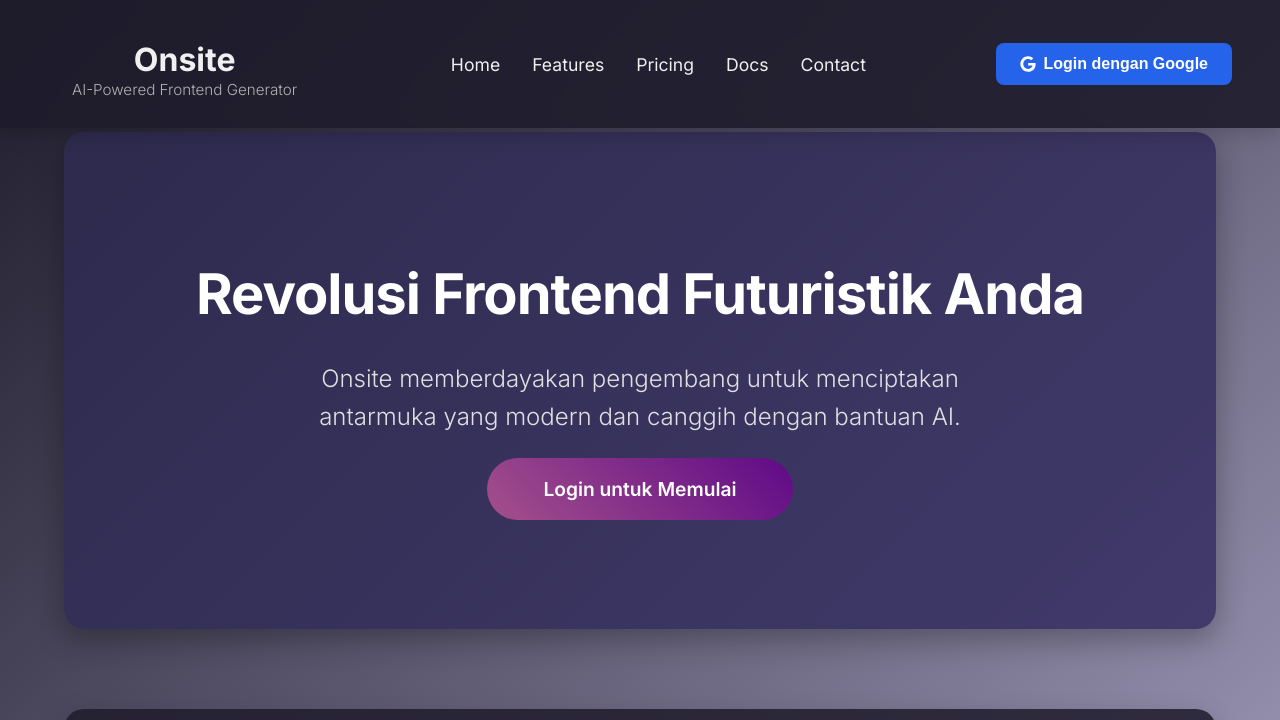
Repository: arifsoul/onsite
Page: / (app in onsite/)
The author's editor kept a copy of each file at every save. The page is drawn from the files as they stood at one save, then again after the next save.
The browser window is 1280 px wide. The pictures show the whole page.
An inner scrolling area shows only its first screen. The project was rebuilt for these pictures with package versions that can differ from the ones it lists, and the page was loaded fresh each time. Also part of the build but not shown: onsite/vite.config.js, onsite/src/components/Editor/CSSPanel.jsx, onsite/src/components/Editor/JSPanel.jsx, onsite/src/components/Editor/ComponentEditor.css, onsite/src/components/Editor/ComponentEditor.jsx, onsite/src/components/Preview/LivePreview.css, onsite/src/components/Preview/LivePreview.jsx, onsite/src/pages/Editor.css and 3 more.

Above is the page before, as saved 2025-04-14 17:51:56.

### onsite/src/index.css
/* src/index.css */
@import url('https://fonts.googleapis.com/css2?family=Inter:wght@400;600;700&display=swap');

* {
  margin: 0;
  padding: 0;
  box-sizing: border-box;
}

html, body {
  height: 100%;
  width: 100%;
  overflow-x: hidden; /* Mencegah scroll horizontal */
}

body {
  font-family: 'Inter', sans-serif;
  background-color: #f8f9fa;
}

#root {
  display: flex;
  flex-direction: column;
  min-height: 100vh;
  width: 100%;
}

### onsite/src/App.jsx
import { BrowserRouter as Router, Routes, Route } from 'react-router-dom';
import { Auth0Provider } from '@auth0/auth0-react';
import { CodeProvider } from './context/CodeContext';
import Home from './pages/Home';
import Editor from './pages/Editor';
import Login from './pages/Login';
import './App.css';

function App() {
  return (
    <Auth0Provider
      domain={import.meta.env.VITE_AUTH0_DOMAIN}
      clientId={import.meta.env.VITE_AUTH0_CLIENT_ID}
      redirectUri={window.location.origin}
    >
      <CodeProvider>
        <Router>
          <Routes>
            <Route path="/" element={<Home />} />
            <Route path="/login" element={<Login />} />
            <Route path="/editor" element={<Editor />} />
          </Routes>
        </Router>
      </CodeProvider>
    </Auth0Provider>
  );
}

export default App;

### onsite/src/context/CodeContext.jsx
import { createContext, useState, useContext } from 'react';

const CodeContext = createContext();

export const CodeProvider = ({ children }) => {
  const [generatedCode, setGeneratedCode] = useState({
    html: '',
    css: '',
    js: '',
  });
  const [components, setComponents] = useState([]);

  const updateComponent = (id, updates) => {
    setComponents((prev) =>
      prev.map((comp) =>
        comp.id === id ? { ...comp, ...updates } : comp
      )
    );
  };

  return (
    <CodeContext.Provider
      value={{ generatedCode, setGeneratedCode, components, setComponents, updateComponent }}
    >
      {children}
    </CodeContext.Provider>
  );
};

export const useCode = () => useContext(CodeContext);

### onsite/src/pages/Home.jsx
import React, { useState } from 'react';
import { useAuth0 } from '@auth0/auth0-react';
import AIGenerator from '../components/Generator/AIGenerator';
import GoogleLogin from '../components/Auth/GoogleLogin';
import { Link } from 'react-router-dom';
import './Home.css';

const Home = () => {
  const { isAuthenticated } = useAuth0();
  const [htmlCode, setHtmlCode] = useState('<h1>Hello World</h1>');
  const [cssCode, setCssCode] = useState('h1 { color: #1e40af; }');
  const [jsCode, setJsCode] = useState('console.log("Hello World");');
  const [activeTab, setActiveTab] = useState('html');

  const iframeCode = `
<html>
  <head>
    <style>${cssCode}</style>
  </head>
  <body>
    ${htmlCode}
    <script>${jsCode}</script>
  </body>
</html>
  `.trim();

  return (
    <div className="home-container">
      <header className="home-header">
        <div className="logo">
          <h1>Onsite</h1>
          <span>AI-Powered Frontend Generator</span>
        </div>
        <nav className="nav-menu">
          <ul>
            <li><Link to="/">Home</Link></li>
            <li><Link to="/features">Features</Link></li>
            <li><Link to="/pricing">Pricing</Link></li>
            <li><Link to="/docs">Docs</Link></li>
            <li><Link to="/contact">Contact</Link></li>
          </ul>
        </nav>
        <GoogleLogin />
      </header>
      <main className="home-main">
        <section className="hero-section">
          <h2>Revolusi Frontend Futuristik Anda</h2>
          <p>
            Onsite memberdayakan pengembang untuk menciptakan antarmuka yang modern dan canggih dengan bantuan AI.
          </p>
          <Link to={isAuthenticated ? '/editor' : '/login'} className="hero-cta">
            {isAuthenticated ? 'Mulai Mengedit Sekarang' : 'Login untuk Memulai'}
          </Link>
        </section>
        <section className="description-section">
          <h2>Kenapa Memilih Onsite?</h2>
          <p>
            Dengan menggabungkan kecerdasan buatan dengan teknologi frontend terkini, Onsite menghadirkan solusi responsif dan profesional untuk kebutuhan bisnis Anda.
          </p>
          <ul>
            <li>Generasi kode cepat dan akurat.</li>
            <li>Edit komponen secara visual dengan antarmuka futuristik.</li>
            <li>Integrasi yang mulus dengan proyek Anda.</li>
          </ul>
        </section>
        <section className="code-playground">
          <div className="generator-section">
            <h3>AI Generator</h3>
            <AIGenerator
              onGenerate={(html, css, js) => {
                setHtmlCode(html);
                setCssCode(css);
                setJsCode(js);
              }}
            />
          </div>
          <div className="preview-section">
            <h3>Preview</h3>
            <iframe
              srcDoc={iframeCode}
              className="preview-iframe"
              sandbox="allow-scripts"
              title="Live Preview"
            />
          </div>
          <div className="editor-section">
            <h3>Code Editor</h3>
            <div className="tabs">
              <button
                className={activeTab === 'html' ? 'active' : ''}
                onClick={() => setActiveTab('html')}
              >
                HTML
              </button>
              <button
                className={activeTab === 'css' ? 'active' : ''}
                onClick={() => setActiveTab('css')}
              >
                CSS
              </button>
              <button
                className={activeTab === 'js' ? 'active' : ''}
                onClick={() => setActiveTab('js')}
              >
                JS
              </button>
            </div>
            <div className="code-editor">
              {activeTab === 'html' && (
                <textarea
                  value={htmlCode}
                  onChange={(e) => setHtmlCode(e.target.value)}
                  placeholder="Masukkan kode HTML..."
                />
              )}
              {activeTab === 'css' && (
                <textarea
                  value={cssCode}
                  onChange={(e) => setCssCode(e.target.value)}
                  placeholder="Masukkan kode CSS..."
                />
              )}
              {activeTab === 'js' && (
                <textarea
                  value={jsCode}
                  onChange={(e) => setJsCode(e.target.value)}
                  placeholder="Masukkan kode JavaScript..."
                />
              )}
            </div>
          </div>
        </section>
      </main>
      <footer className="home-footer">
        <p>© 2025 Onsite. All rights reserved.</p>
      </footer>
    </div>
  );
};

export default Home;

### onsite/src/components/Generator/AIGenerator.jsx
import { useState } from 'react';
import { useCode } from '../../context/CodeContext';
import { generateCode } from '../../services/deepseekApi';
import './AIGenerator.css';

const AIGenerator = () => {
  const [prompt, setPrompt] = useState('');
  const [error, setError] = useState(null);
  const { setGeneratedCode, setComponents } = useCode();

  const handleGenerate = async () => {
    try {
      setError(null);
      const response = await generateCode(prompt);
      const { html, css, js, components } = response.data;
      setGeneratedCode({ html, css, js });
      setComponents(components || []);
    } catch (error) {
      setError('Gagal menghasilkan kode.');
    }
  };

  return (
    <div className="generator-container">
      <textarea
        value={prompt}
        onChange={(e) => setPrompt(e.target.value)}
        placeholder="Tulis deskripsi UI Anda di sini..."
        className="prompt-input code-editor"
      />
      <button onClick={handleGenerate} className="generate-btn">
        Generate Kode
      </button>
      {error && <p className="error-message">{error}</p>}
    </div>
  );
};

export default AIGenerator;

### onsite/src/components/Auth/GoogleLogin.jsx
import { useAuth0 } from '@auth0/auth0-react';
import { FaGoogle } from 'react-icons/fa';
import './GoogleLogin.css';

const GoogleLogin = () => {
  const { loginWithRedirect, isAuthenticated, user, logout } = useAuth0();

  return (
    <div>
      {isAuthenticated ? (
        <div className="user-info">
          <img src={user?.picture} alt={user?.name} />
          <span>{user?.name}</span>
          <button
            className="logout-btn"
            onClick={() => logout({ returnTo: window.location.origin })}
          >
            Logout
          </button>
        </div>
      ) : (
        <button
          className="google-login-btn"
          onClick={() => loginWithRedirect({ connection: 'google-oauth2' })}
        >
          <FaGoogle /> Login dengan Google
        </button>
      )}
    </div>
  );
};

export default GoogleLogin;

### onsite/src/pages/Home.css
@import url('https://fonts.googleapis.com/css2?family=Inter:wght@300;400;600;700&display=swap');

body {
  margin: 0;
  font-family: 'Inter', sans-serif;
  background: linear-gradient(135deg, #1f1c2c, #928dab);
  overflow-x: hidden;
}

/* Layout Container */
.home-container {
    display: flex;
    flex-direction: column;
    min-height: 100vh;
    max-width: 100%; /* Changed from width: 100vw to avoid overflow */
    background: transparent;
  }

/* Header */
.home-header {
  display: flex;
  justify-content: space-between;
  align-items: center;
  padding: 1rem 3rem;
  background: rgba(31, 28, 44, 0.9);
  backdrop-filter: blur(15px);
  position: fixed;
  top: 0;
  left: 0;
  width: 100%;
  z-index: 1000;
  box-shadow: 0 4px 20px rgba(0, 0, 0, 0.2);
}

.logo h1 {
  font-size: 2rem;
  font-weight: 700;
  color: #f0f0f0;
  margin: 0;
}

.logo span {
  font-size: 0.95rem;
  font-weight: 300;
  color: #b0b0b0;
}

.nav-menu ul {
  list-style: none;
  display: flex;
  gap: 2rem;
  margin: 0;
  padding: 0;
}

.nav-menu a {
  text-decoration: none;
  color: #f0f0f0;
  font-weight: 500;
  font-size: 1.1rem;
  transition: color 0.3s ease, transform 0.3s ease;
}

.nav-menu a:hover {
  color: #a4508b;
  transform: translateY(-2px);
}

/* Main Content */
.home-main {
  padding: 100px 2rem 3rem;
}

/* Hero Section */
.hero-section {
    text-align: center;
    padding: 8rem 2rem;
    background: linear-gradient(135deg, #2e2a4d, #413a6b);
    border-radius: 20px;
    margin-bottom: 5rem;
    color: #ffffff;
    box-shadow: 0 10px 30px rgba(0, 0, 0, 0.3);
    animation: fadeIn 1s ease-in-out;
    max-width: 1200px; /* Constrain width */
    margin-left: auto;
    margin-right: auto;
  }

.hero-section h2 {
  font-size: 3.5rem;
  font-weight: 700;
  letter-spacing: -1px;
  margin-bottom: 2rem;
  color: #ffffff;
}

.hero-section p {
  font-size: 1.5rem;
  font-weight: 300;
  max-width: 700px;
  margin: 0 auto 2.5rem;
  line-height: 1.6;
  color: #e0e0e0;
}

.hero-cta {
  padding: 1.2rem 3.5rem;
  background: linear-gradient(45deg, #a4508b, #5f0a87);
  color: #ffffff;
  text-decoration: none;
  border-radius: 50px;
  font-size: 1.2rem;
  font-weight: 600;
  transition: transform 0.3s ease, box-shadow 0.3s ease;
}

.hero-cta:hover {
  transform: translateY(-5px);
  box-shadow: 0 10px 20px rgba(95, 10, 135, 0.5);
}

/* Description Section */
.description-section {
  padding: 4rem;
  background: rgba(31, 28, 44, 0.85);
  border-radius: 20px;
  box-shadow: 0 10px 30px rgba(0, 0, 0, 0.2);
  margin-bottom: 5rem;
  color: #f0f0f0;
  animation: fadeInUp 1s ease-in-out;
}

.description-section h2 {
  font-size: 2.5rem;
  font-weight: 600;
  margin-bottom: 2rem;
}

.description-section p {
  font-size: 1.3rem;
  font-weight: 300;
  line-height: 1.6;
}

.description-section ul {
  list-style: none;
  padding: 0;
}

.description-section li {
  font-size: 1.2rem;
  margin-bottom: 1.5rem;
  padding-left: 2rem;
  position: relative;
}

.description-section li::before {
  content: '→';
  position: absolute;
  left: 0;
  color: #a4508b;
}

/* Code Playground */
.code-playground {
  display: grid;
  grid-template-columns: repeat(auto-fit, minmax(300px, 1fr));
  gap: 2.5rem;
  padding: 4rem;
  background: rgba(31, 28, 44, 0.75);
  border-radius: 20px;
  box-shadow: 0 10px 30px rgba(0, 0, 0, 0.3);
  margin-bottom: 5rem;
}

.generator-section,
.preview-section,
.editor-section {
  padding: 2rem;
  background: #ffffff15;
  border: 1px solid #ffffff20;
  border-radius: 16px;
  transition: transform 0.3s ease, box-shadow 0.3s ease;
  backdrop-filter: blur(10px);
}

.generator-section:hover,
.preview-section:hover,
.editor-section:hover {
  transform: translateY(-10px);
  box-shadow: 0 10px 25px rgba(0, 0, 0, 0.5);
}

.code-playground h3 {
  font-size: 1.8rem;
  font-weight: 600;
  margin-bottom: 1.5rem;
  color: #ffffff;
}

.preview-iframe {
  width: 100%;
  height: 450px;
  border: none;
  border-radius: 12px;
  background: #1e1e1e;
  box-shadow: 0 6px 20px rgba(0, 0, 0, 0.4);
}

.tabs {
  display: flex;
  gap: 0.75rem;
  margin-bottom: 1.5rem;
}

.tabs button {
  padding: 0.8rem 2rem;
  background: #ffffff20;
  border: none;
  cursor: pointer;
  border-radius: 50px;
  font-size: 1rem;
  font-weight: 500;
  color: #ffffff;
  transition: all 0.3s ease;
}

.tabs button.active {
  background: linear-gradient(45deg, #a4508b, #5f0a87);
  color: #ffffff;
}

.tabs button:hover:not(.active) {
  background: #ffffff30;
}

.code-editor textarea {
  width: 100%;
  height: 300px;
  font-family: 'Courier New', Courier, monospace;
  font-size: 1rem;
  padding: 1.5rem;
  border: none;
  border-radius: 12px;
  background: #1e1e1e;
  color: #f0f0f0;
  resize: vertical;
  box-shadow: inset 0 2px 10px rgba(0, 0, 0, 0.2);
  transition: box-shadow 0.3s ease;
}

.code-editor textarea:focus {
  outline: none;
  box-shadow: 0 0 0 4px rgba(95, 10, 135, 0.4);
}

/* Footer */
.home-footer {
  text-align: center;
  padding: 3rem;
  background: rgba(31, 28, 44, 0.9);
  color: #b0b0b0;
  font-size: 1rem;
  letter-spacing: 0.5px;
}

/* Animations */
@keyframes fadeIn {
  from { opacity: 0; }
  to { opacity: 1; }
}

@keyframes fadeInUp {
  from { opacity: 0; transform: translateY(20px); }
  to { opacity: 1; transform: translateY(0); }
}

/* Responsive Design */
@media (max-width: 1024px) {
  .code-playground {
    grid-template-columns: repeat(auto-fit, minmax(300px, 1fr));
  }
}

@media (max-width: 768px) {
  .home-header {
    padding: 1rem 2rem;
    flex-direction: column;
    align-items: flex-start;
  }

  .nav-menu ul {
    flex-direction: column;
    gap: 1rem;
    width: 100%;
  }

  .hero-section h2 {
    font-size: 2.5rem;
  }

  .hero-section p {
    font-size: 1.2rem;
  }

  .code-playground {
    grid-template-columns: 1fr;
  }

  .preview-iframe {
    height: 350px;
  }

  .code-editor textarea {
    height: 250px;
  }
}

### onsite/src/services/deepseekApi.js
import axios from 'axios';

const API_KEY = import.meta.env.VITE_DEEPSEEK_API_KEY;
const BASE_URL = 'https://api.deepseek.com';

export const generateCode = async (prompt) => {
  if (!API_KEY) {
    throw new Error('DeepSeek API key is missing. Please set VITE_DEEPSEEK_API_KEY in .env.');
  }

  if (!prompt || prompt.trim() === '') {
    throw new Error('Prompt cannot be empty.');
  }

  try {
    const response = await axios.post(
      `${BASE_URL}/chat/completions`,
      {
        model: 'deepseek-chat',
        messages: [
          {
            role: 'system',
            content:
              'You are an AI that generates React component code (HTML, CSS, JS) based on user descriptions. Return structured JSON with html, css, js, and components array.',
          },
          { role: 'user', content: prompt },
        ],
        stream: false,
      },
      {
        headers: {
          'Content-Type': 'application/json',
          Authorization: `Bearer ${API_KEY}`,
        },
      }
    );
    return response;
  } catch (error) {
    console.error('DeepSeek API Error:', {
      message: error.message,
      status: error.response?.status,
      data: error.response?.data,
    });
    throw new Error(
      error.response?.data?.error?.message || 'Failed to generate code. Please check API key and network.'
    );
  }
};

### onsite/src/components/Generator/AIGenerator.css
.generator-container {
  display: flex;
  flex-direction: column;
  gap: 1.5rem;
  height: 100%;
}

.prompt-input.code-editor {
  width: 100%;
  min-height: 250px;
  padding: 1.5rem;
  border: 1px solid #d1d5db;
  border-radius: 8px;
  font-family: 'Courier New', Courier, monospace;
  font-size: 1rem;
  background-color: #f9fafb;
  color: #1f2937;
  resize: vertical;
}

.prompt-input:focus {
  border-color: #2563eb;
  outline: none;
}

.generate-btn {
  padding: 0.75rem 1.5rem;
  background-color: #2563eb;
  color: #ffffff;
  border: none;
  border-radius: 8px;
  font-weight: 600;
}

.generate-btn:hover {
  background-color: #1d4ed8;
}

.error-message {
  color: #dc2626;
  font-size: 0.9rem;
}

### onsite/src/components/Auth/GoogleLogin.css
/* src/components/Auth/GoogleLogin.css */
.google-login-btn {
  display: flex;
  align-items: center;
  gap: 0.5rem;
  padding: 0.75rem 1.5rem;
  background-color: #2563eb;
  color: #ffffff;
  border: none;
  border-radius: 8px;
  font-size: 1rem;
  font-weight: 600;
  cursor: pointer;
  transition: background-color 0.2s;
}

.google-login-btn:hover {
  background-color: #1d4ed8;
}

.user-info {
  display: flex;
  align-items: center;
  gap: 0.75rem;
}

.user-info img {
  border-radius: 50%;
  width: 36px;
  height: 36px;
}

.user-info span {
  font-size: 1rem;
  color: #1f2937;
}

.logout-btn {
  padding: 0.5rem 1rem;
  background-color: #dc2626;
  color: #ffffff;
  border: none;
  border-radius: 8px;
  font-size: 0.9rem;
  font-weight: 600;
  cursor: pointer;
  transition: background-color 0.2s;
}

.logout-btn:hover {
  background-color: #b91c1c;
}

Loaded but not shown: onsite/index.html (common file); onsite/src/main.jsx (common file); onsite/src/App.css (common file)

After the next save:
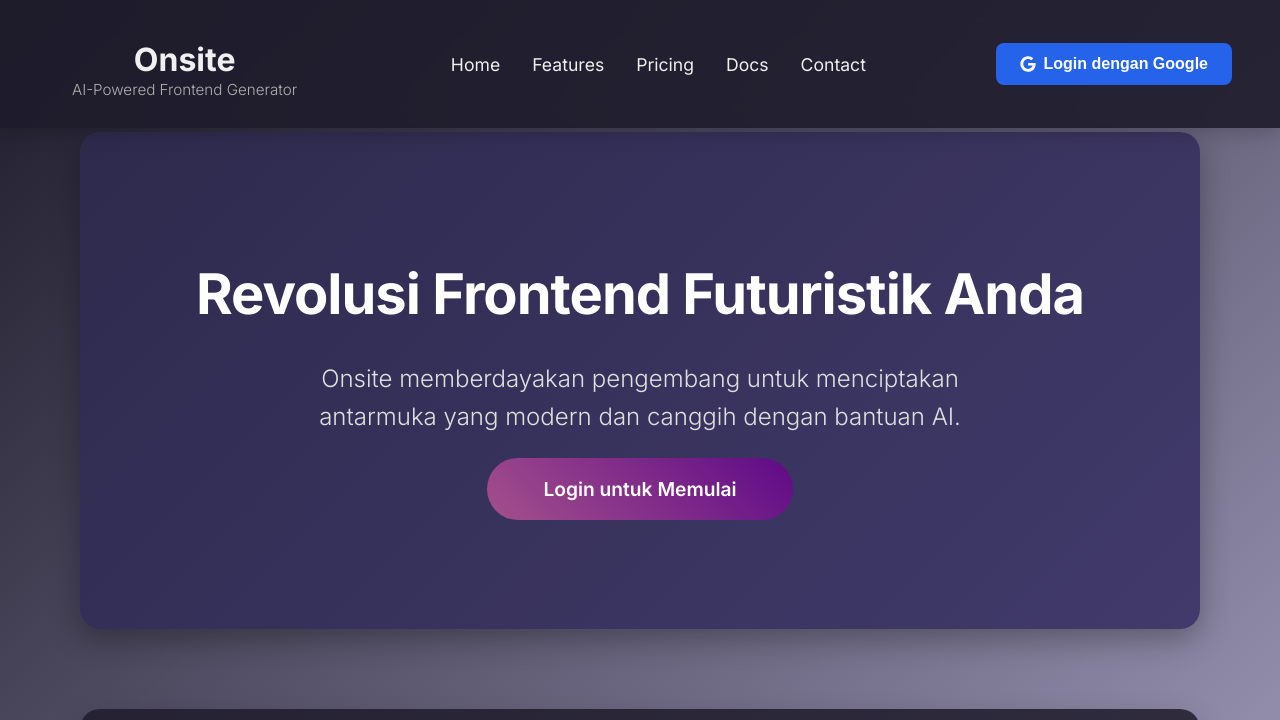
Saved 9 s later.
--- a/onsite/src/pages/Home.css
+++ b/onsite/src/pages/Home.css
@@ -68,8 +68,10 @@
 
 /* Main Content */
 .home-main {
-  padding: 100px 2rem 3rem;
-}
+    padding: 100px 3rem 3rem; /* Increased horizontal padding from 2rem to 3rem */
+    max-width: 1400px; /* Added max-width to constrain content */
+    margin: 0 auto; /* Center the main content */
+  }
 
 /* Hero Section */
 .hero-section {
